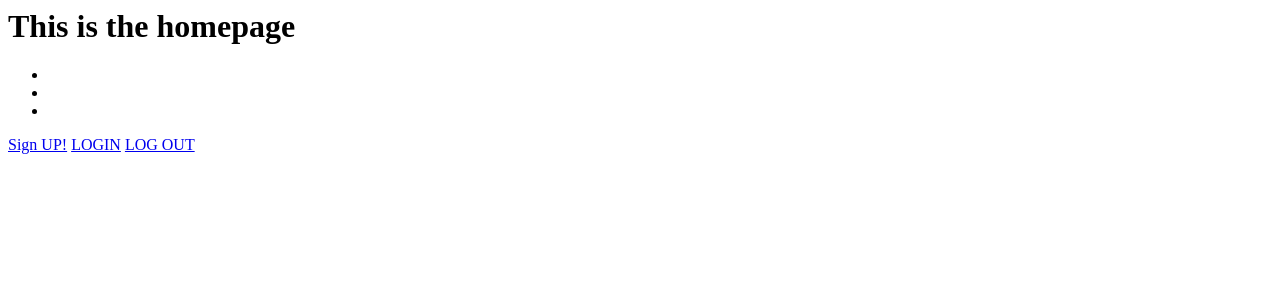
Repository: bosicheng/yelpcamp-project
Page: http://localhost/
The author's editor kept a record of every edit. The page is drawn from the files as they stood at one moment, then again after the next edit.
The browser window is 1280 px wide. The pictures show the whole page.
The page is served by the project's Node server (Authentication/AuthDemo/app.js).

Above is the page before.

After the next edit:
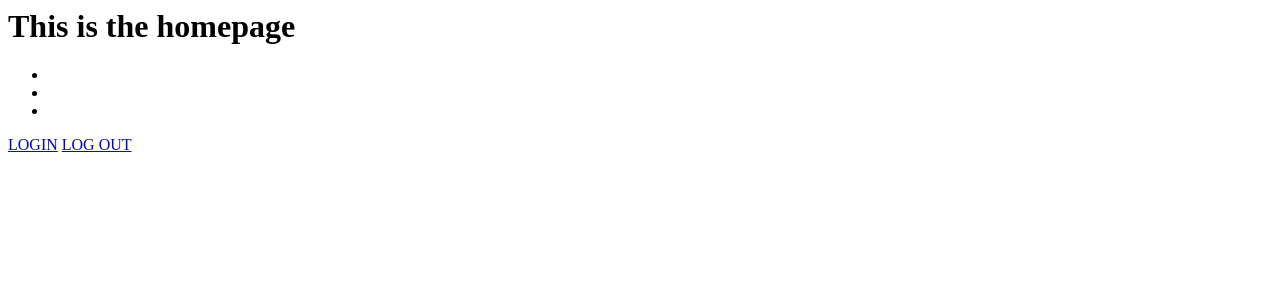
The edit:
--- a/Authentication/AuthDemo/views/home.ejs
+++ b/Authentication/AuthDemo/views/home.ejs
@@ -5,6 +5,6 @@
     <li></li>
     <li></li>
 </ul>
-<a href='/register'>Sign UP!</a>
+
 <a href='/login'>LOGIN</a>
 <a href='/logout'>LOG OUT</a>
